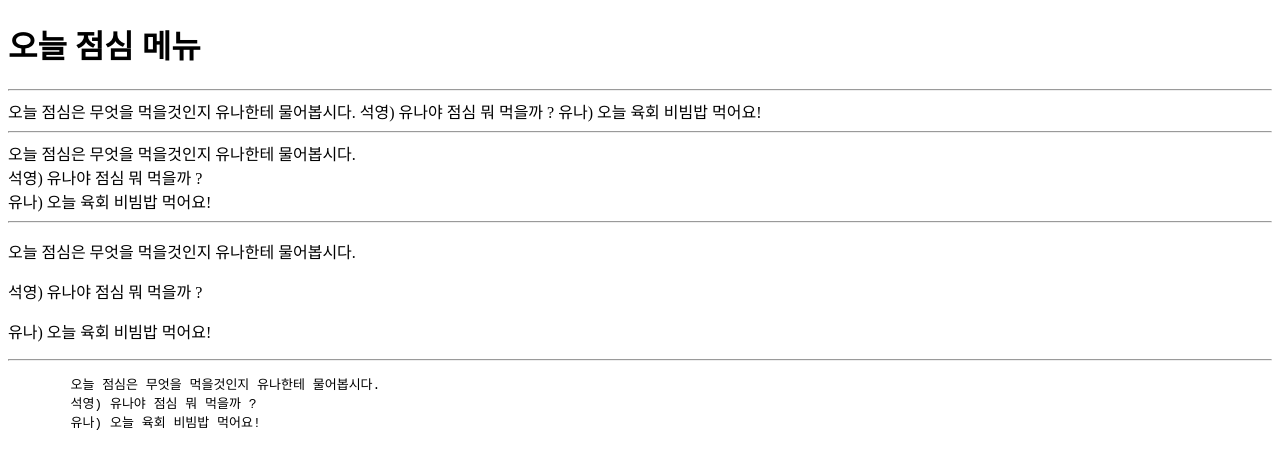
Repository: donggunjang/KOSTA_FE
Page: day0703/src/main/webapp/ex03.html
An editor plug-in stored every save of this project. The page is shown before and after the next save, followed by the edit.
The browser window is 1280 px wide. The pictures show the whole page.

Above is the page before, as saved 2024-07-03 02:41:38.

### day0703/src/main/webapp/ex03.html
<!DOCTYPE html>
<html>
<head>
<meta charset="EUC-KR">
<title>Insert title here</title>
</head>
<body>
	<h1>오늘 점심 메뉴</h1>
	<hr>
	오늘 점심은 무엇을 먹을것인지 유나한테 물어봅시다.
	석영) 유나야 점심 뭐 먹을까 ?
	유나) 오늘 육회 비빔밥 먹어요!
	<hr>
	오늘 점심은 무엇을 먹을것인지 유나한테 물어봅시다.<br>
	석영) 유나야 점심 뭐 먹을까 ? <br>
	유나) 오늘 육회 비빔밥 먹어요! <br>
	<hr>
	<p>오늘 점심은 무엇을 먹을것인지 유나한테 물어봅시다.</p>
	<p>석영) 유나야 점심 뭐 먹을까 ?</p>
	<p>유나) 오늘 육회 비빔밥 먹어요!</p>
	<hr>
	<pre>
	오늘 점심은 무엇을 먹을것인지 유나한테 물어봅시다.
	석영) 유나야 점심 뭐 먹을까 ?
	유나) 오늘 육회 비빔밥 먹어요!
	</pre>
</body>
</html>

After the next save:
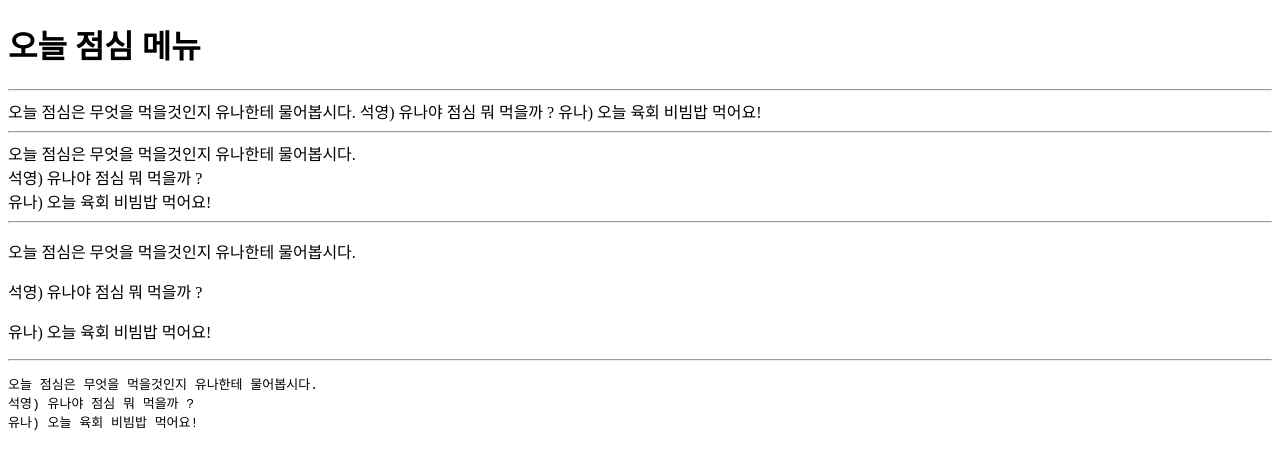
Saved 35 s later.
--- a/day0703/src/main/webapp/ex03.html
+++ b/day0703/src/main/webapp/ex03.html
@@ -19,10 +19,10 @@
 	<p>석영) 유나야 점심 뭐 먹을까 ?</p>
 	<p>유나) 오늘 육회 비빔밥 먹어요!</p>
 	<hr>
-	<pre>
-	오늘 점심은 무엇을 먹을것인지 유나한테 물어봅시다.
-	석영) 유나야 점심 뭐 먹을까 ?
-	유나) 오늘 육회 비빔밥 먹어요!
+<pre>
+오늘 점심은 무엇을 먹을것인지 유나한테 물어봅시다.
+석영) 유나야 점심 뭐 먹을까 ?
+유나) 오늘 육회 비빔밥 먹어요!
 	</pre>
 </body>
 </html>

After the save that followed:
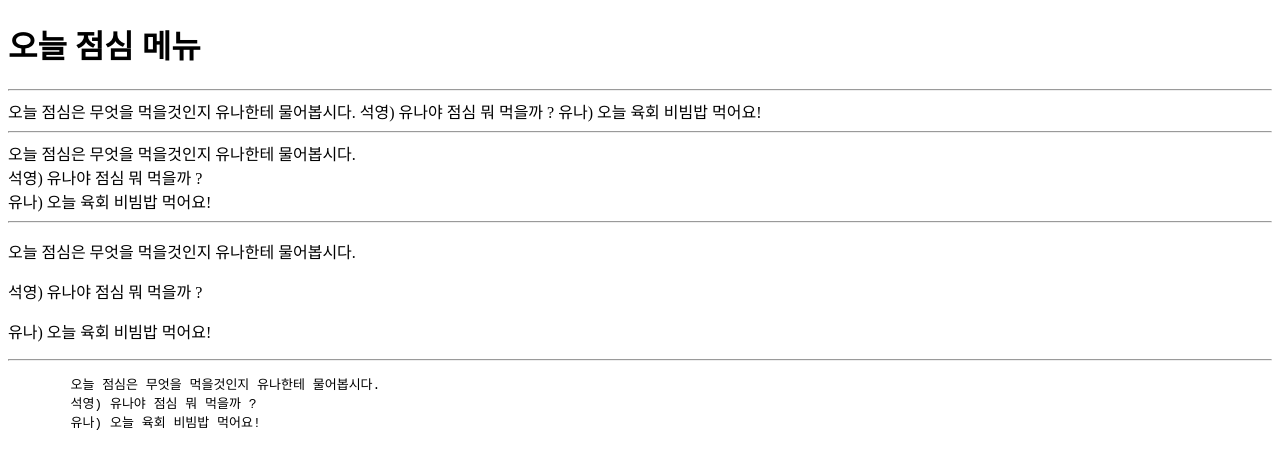
Saved 10 s later.
--- a/day0703/src/main/webapp/ex03.html
+++ b/day0703/src/main/webapp/ex03.html
@@ -19,10 +19,10 @@
 	<p>석영) 유나야 점심 뭐 먹을까 ?</p>
 	<p>유나) 오늘 육회 비빔밥 먹어요!</p>
 	<hr>
-<pre>
-오늘 점심은 무엇을 먹을것인지 유나한테 물어봅시다.
-석영) 유나야 점심 뭐 먹을까 ?
-유나) 오늘 육회 비빔밥 먹어요!
+	<pre>
+	오늘 점심은 무엇을 먹을것인지 유나한테 물어봅시다.
+	석영) 유나야 점심 뭐 먹을까 ?
+	유나) 오늘 육회 비빔밥 먹어요!
 	</pre>
 </body>
 </html>
